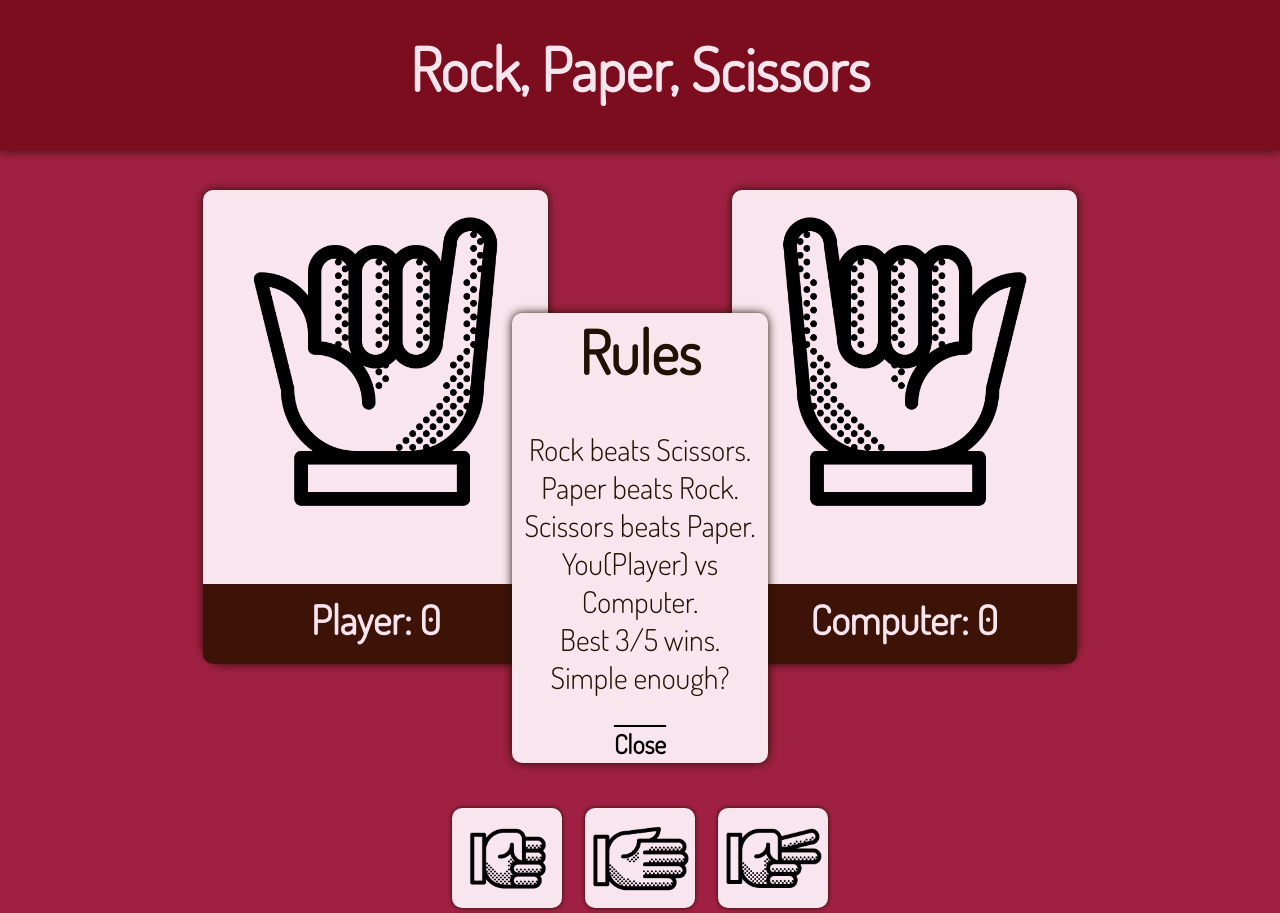
Repository: shayanabedi98/rock-paper-scissors
Page: index.html
These files come from the project's save history. The page is drawn as it stood at one moment and after the next save; the edit follows.
The browser window is 1280 px wide. The pictures show the whole page.

Above is the page before, as saved 2023-07-14 19:35:52.

### index.html
<!DOCTYPE html>
<html lang="en">
<head>
    <meta charset="UTF-8">
    <meta name="viewport" content="width=device-width, initial-scale=1.0">
    <title>Rock, Paper, Scissors</title>
    <link rel="preconnect" href="https://fonts.googleapis.com">
    <link rel="preconnect" href="https://fonts.gstatic.com" crossorigin>
    <link href="https://fonts.googleapis.com/css2?family=Dosis:wght@300&display=swap" rel="stylesheet">
    <link rel="stylesheet" href="styles.css">
</head>
<body>
    <div class="header">
        <h1>Rock, Paper, Scissors</h1>
    </div>
    <div class="container">
        <div class="card">
            <div class="player">
                <img src="resources/startleft.png" alt="Starting image before game">
                <h3>Player: 0</h3>
            </div>
        </div>
        <div class="card">
            <div class="computer">
                <img src="resources/start.png" alt="Starting image before game">
                <h3>Computer: 0</h3>
            </div>
        </div>
    </div>
    <div class="caption">
        <h2>Pick Your Hand</h2>
    </div>
    <div class="button-container">
        <button class="btn" id="rock"><img src="resources/rockleft.png" alt="rock option"></button>
        <button class="btn" id="paper"><img src="resources/paperleft.png" alt="paper option"></button>
        <button class="btn" id="scissors"><img src="resources/scissorsleft.png" alt="scissors option"></button>
    </div>
    <div class="rules">
        <h1>Rules</h1>
        <p>Rock beats Scissors. <br>Paper beats Rock. <br>Scissors beats Paper. <br>You(Player) vs Computer. <br>Best 3/5 wins. <br>Simple enough?</p>
        <button>Close</button>
    </div>
    <script src="index.js"></script>
</body>
</html>

### styles.css
body {
    font-family:'Dosis', sans-serif;
    margin: 0;
    padding: 0;
    background-color: #9F2042;
    color: #F8E5EE;
}

h1 {
    font-size: 60px;
    margin-top: 0;

}

.header {
    text-align: center;
    background-color: #7B0D1E;
    height: 120px;
    padding-top: 30px;
    box-shadow: 0 0 10px 0 #211103;
}

.caption {
    text-align: center;
    font-size: 30px;
}

.container {
    text-align: center;
    display: block;
    margin-top: 40px;
}

.card {
    display: inline-block;
    background-color: #F8E5EE;
    box-shadow: 0 0 8px 0 #211103;
    margin: 0 90px;
    border-radius: 10px 10px 20px 20px;
}

.card img {
    height: 350px;
    width: 345px;
}

.card h3 {
    font-size: 40px;
    color: #F8E5EE;
    background-color: #3D1308;
    margin-bottom: 0;
    height: 70px;
    padding-top: 10px;
    border-radius: 0  0 10px 10px;
}

.button-container {
    text-align: center;
    margin-top: 50px;
}

#rock, #paper, #scissors {
    font-family: 'Dosis', sans-serif;
    background-color: #F8E5EE;
    color: #211103;
    width: 110px;
    height: 100px;
    cursor: pointer;
    border: 0;
    border-radius: 10px;
    box-shadow: 0 0 4px 0 #211103;
    margin: 0 10px;
}

#rock img, #paper img, #scissors img {
    height: 100px;
}

#rock:hover, #paper:hover, #scissors:hover {
    box-shadow: 0 0 10px 0 #211103;
}

#rock:active, #paper:active, #scissors:active, #rock img:active, #paper img:active, #scissors img:active {
    box-shadow: none;
    height: 99px;
}

.rules {
    background-color: #F8E5EE;
    color: #211103;
    position: absolute;
    box-shadow: 0 0 10px 0 #211103;
    border-radius: 10px;
    text-align: center;
    margin-left: 40%;
    transform: translateY(-600px);
    width: 20%;
    z-index: 1;
    height: 450px;
}

.rules p {
    font-size: 30px;
}

.rules button {
    font-family: 'Dosis', sans-serif;
    font-size: 26px;
    font-weight: 600;
    background-color: #F8E5EE;
    width: 80px;
    border: 0;
    text-decoration: overline;
    cursor: pointer;
}

.winner {
    text-align: center;
    margin-top: 350px;
}

.winner button {
    font-family: 'Dosis', sans-serif;
    font-size: 40px;
    font-family: 'Dosis', sans-serif;
    background-color: #F8E5EE;
    color: #211103;
    width: 200px;
    height: 100px;
    cursor: pointer;
    border: 0;
    border-radius: 10px;
    box-shadow: 0 0 4px 0 #211103;
    margin-top: 50px;
}

### index.js
var scoreP = 0;
var scoreC = 0;
var winner = document.querySelector('.winner h1');
var caption = document.querySelector('.caption h2');
var rock = document.querySelector('#rock');
var paper = document.querySelector('#paper');
var scissors = document.querySelector('#scissors');
var computer = document.querySelector('.computer img');
var player = document.querySelector('.player img');
var btn = document.querySelectorAll('.btn');
var playerPick;
var computerPick;

function rng() {
    return Math.floor(Math.random() * 3) + 1;
};

rock.addEventListener('click', function() {
    player.src = 'resources/rockleft.png';
    playerPick = 'rock';
});
paper.addEventListener('click', function() {
    player.src = 'resources/paperleft.png';
    playerPick = 'paper';
});
scissors.addEventListener('click', function() {
    player.src = 'resources/scissorsleft.png';
    playerPick = 'scissors';
});

for (let i = 0; i < btn.length; i ++){
    btn[i].addEventListener('click', function() {
        rng();
        if (rng() === 1) {
            computer.src = 'resources/rock.png';
            computerPick = 'rock';
        } else if (rng() === 2) {
            computer.src = 'resources/paper.png';
            computerPick = 'paper';
        } else if (rng() === 3) {
            computer.src = 'resources/scissors.png';
            computerPick = 'scissors';
        }

        if (playerPick === computerPick) {
            caption.innerHTML = 'Tie!';
        }

        else if ((playerPick === 'rock' && computerPick === 'paper') || (playerPick === 'scissors' && computerPick === 'rock') || (playerPick === 'paper' && computerPick === 'scissors')) {
            caption.innerHTML = 'Point for Computer!';
            scoreC ++;
        }

        else if ((playerPick === 'rock' && computerPick === 'scissors') || (playerPick === 'scissors' && computerPick === 'paper') || (playerPick === 'paper' && computerPick === 'rock')) {
            caption.innerHTML = 'Point for Player!';
            scoreP ++;
        }

        document.querySelector('.player h3').innerHTML = 'Player: ' + scoreP;
        document.querySelector('.computer h3').innerHTML = 'Computer: ' + scoreC;

        if (scoreC === 3) {
            window.location.replace('./winner.html');
        } else if (scoreP === 3) {
            window.location.replace('./loser.html');
        }
    });
};

function playAgain() {
    window.location.replace('./index.html');
}

After the next save:
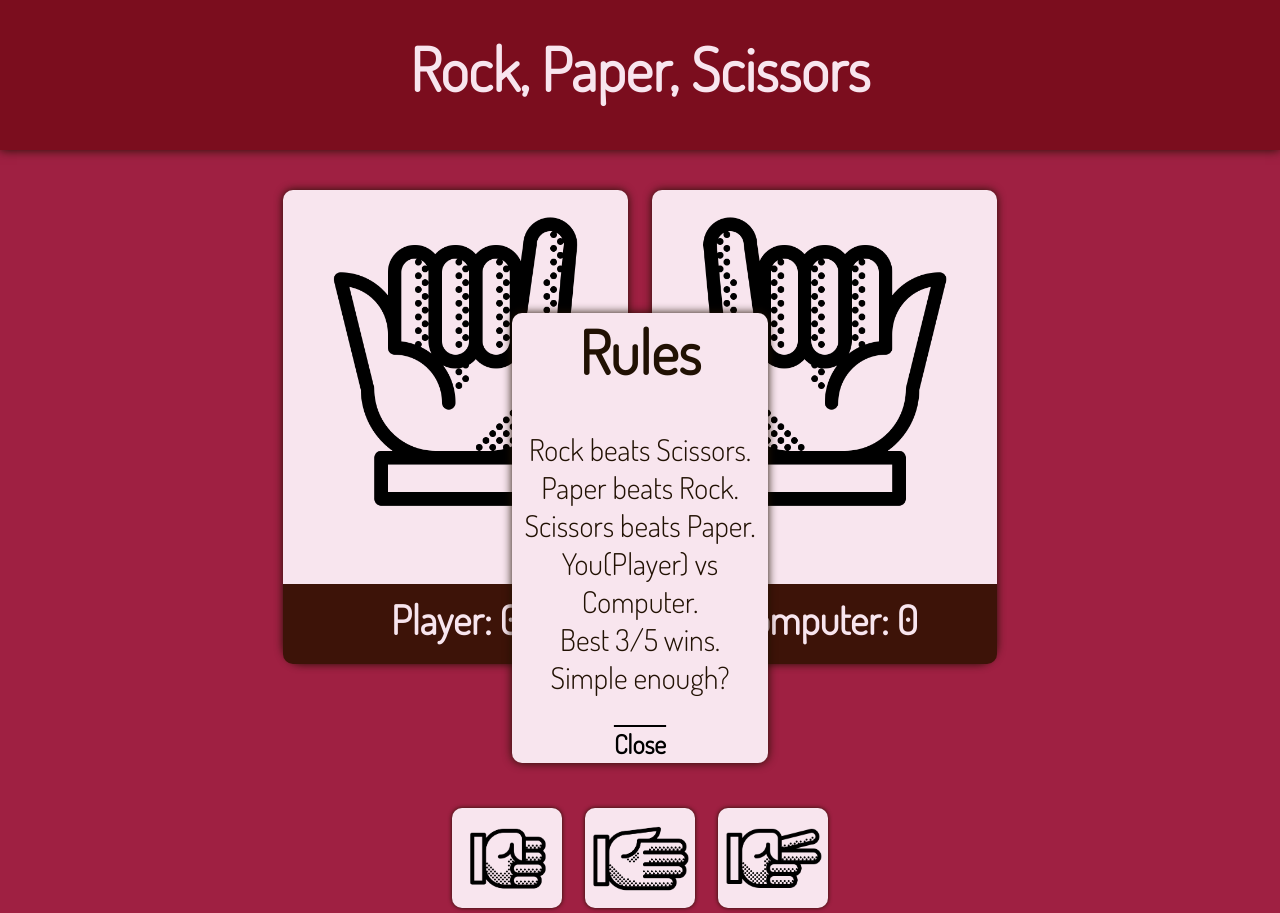
Saved 8 s later.
--- a/styles.css
+++ b/styles.css
@@ -35,7 +35,7 @@ h1 {
     display: inline-block;
     background-color: #F8E5EE;
     box-shadow: 0 0 8px 0 #211103;
-    margin: 0 90px;
+    margin: 0 10px;
     border-radius: 10px 10px 20px 20px;
 }
 
